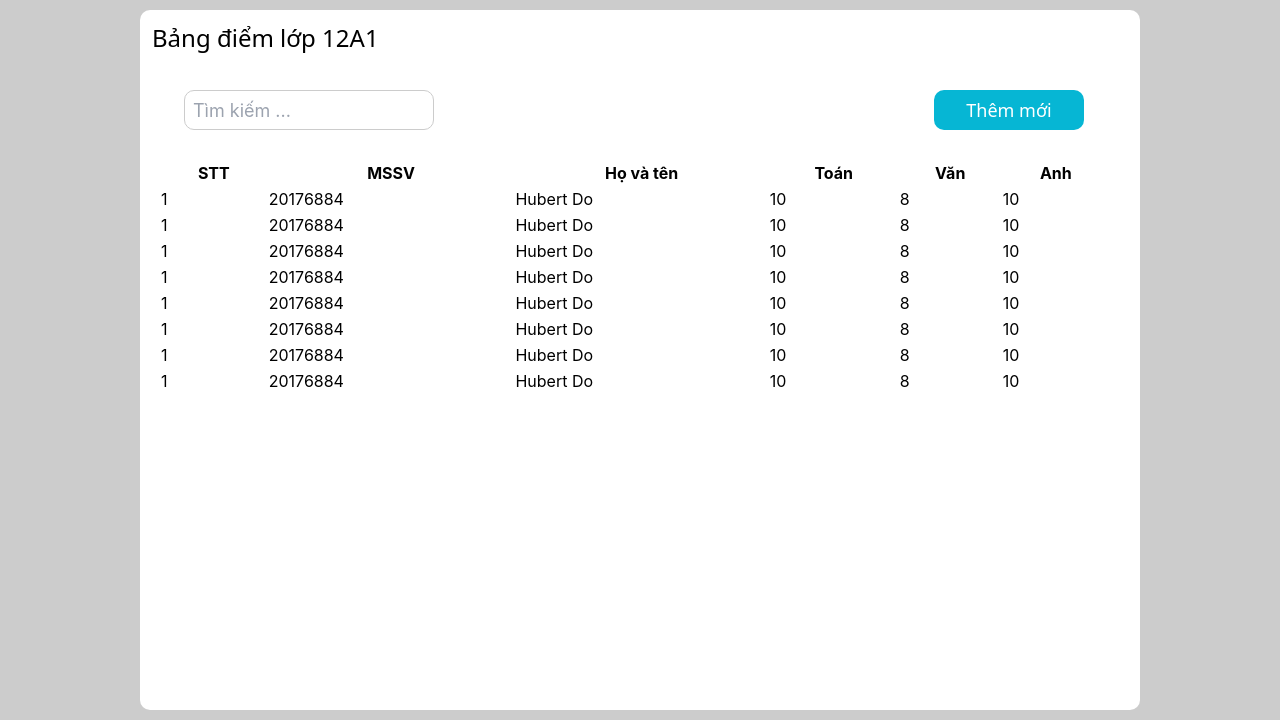
Repository: doducthuan/ReactJS-Movie
Page: /
These files come from the project's save history. The page is drawn as it stood at one moment and after the next save; the edit follows.
The browser window is 1280 px wide. The pictures show the whole page.
The project was rebuilt for these pictures with package versions that can differ from the ones it lists, and the page was loaded fresh each time. Also part of the build but not shown: src/App.css.

Above is the page before, as saved 2024-01-13 07:40:31.

### public/index.html
<!DOCTYPE html>
<html lang="en">
  <head>
    <meta charset="utf-8" />
    <link rel="icon" href="%PUBLIC_URL%/avatar_rmbg.png" />
    <meta name="viewport" content="width=device-width, initial-scale=1" />
    <meta name="theme-color" content="#000000" />
    <meta
      name="description"
      content="Web site created using create-react-app"
    />
    <link rel="apple-touch-icon" href="%PUBLIC_URL%/logo192.png" />
    <!--
      manifest.json provides metadata used when your web app is installed on a
      user's mobile device or desktop. See https://developers.google.com/web/fundamentals/web-app-manifest/
    -->
    <link rel="manifest" href="%PUBLIC_URL%/manifest.json" />
    <!--
      Notice the use of %PUBLIC_URL% in the tags above.
      It will be replaced with the URL of the `public` folder during the build.
      Only files inside the `public` folder can be referenced from the HTML.

      Unlike "/favicon.ico" or "favicon.ico", "%PUBLIC_URL%/favicon.ico" will
      work correctly both with client-side routing and a non-root public URL.
      Learn how to configure a non-root public URL by running `npm run build`.
    -->
    <title>Mèo Hen</title>
  </head>
  <body>
    <noscript>You need to enable JavaScript to run this app.</noscript>
    <div id="root"></div>
    <!--
      This HTML file is a template.
      If you open it directly in the browser, you will see an empty page.

      You can add webfonts, meta tags, or analytics to this file.
      The build step will place the bundled scripts into the <body> tag.

      To begin the development, run `npm start` or `yarn start`.
      To create a production bundle, use `npm run build` or `yarn build`.
    -->
  </body>
</html>

### src/App.js
import './App.css';
import Students from './components/students/Students';
function App() {
  return (
    <div className="App">
      <Students></Students>
    </div>
  );
}

export default App;

### src/components/students/Students.js
import React, { useMemo } from 'react';
import './styles.css';
import { useTable } from 'react-table';
import { COLUMNS } from './Columns';
const Students = () => {
    const data = [
        { stt: 1, id: 20176884, name: "Hubert Do", math: 10, literature: 8, english: 10 },
        { stt: 1, id: 20176884, name: "Hubert Do", math: 10, literature: 8, english: 10 },
        { stt: 1, id: 20176884, name: "Hubert Do", math: 10, literature: 8, english: 10 },
        { stt: 1, id: 20176884, name: "Hubert Do", math: 10, literature: 8, english: 10 },
        { stt: 1, id: 20176884, name: "Hubert Do", math: 10, literature: 8, english: 10 },
        { stt: 1, id: 20176884, name: "Hubert Do", math: 10, literature: 8, english: 10 },
        { stt: 1, id: 20176884, name: "Hubert Do", math: 10, literature: 8, english: 10 },
        { stt: 1, id: 20176884, name: "Hubert Do", math: 10, literature: 8, english: 10 },
    ];
    const columns = useMemo(() => COLUMNS, []);
    const { getTableProps, getTableBodyProps, headerGroups, rows, prepareRow } = useTable({ columns, data });
    return (
        <div className="full-view">
            <div className="border-data">
                <p className="font-sans text-2xl ml-3 mt-3">Bảng điểm lớp 12A1</p>
                <div className="table-data">
                    <div className="search-add mt-9 ml-6 mr-6 flex">
                        <input className="search-all text-lg" placeholder='Tìm kiếm ...' />
                        <button className="add-student font-sans text-lg bg-cyan-500 hover:bg-cyan-600 text-white">Thêm mới</button>
                    </div>
                    <div className="table-content">
                        <table {...getTableProps()}>
                            <thead>
                                {headerGroups.map((headerGroup) => (
                                    <tr {...headerGroup.getHeaderGroupProps()}>
                                        {headerGroup.headers.map((column) => (
                                            <th {...column.getHeaderProps()}>
                                                {column.render('Header')}
                                            </th>
                                        ))}
                                    </tr>
                                ))}
                            </thead>
                            <tbody {...getTableBodyProps()}>
                                {rows.map((row) => {
                                    prepareRow(row);
                                    return (
                                        <tr {...row.getRowProps()}>
                                            {row.cells.map((cell) => {
                                                return (
                                                    <td {...cell.getCellProps()}>
                                                        {cell.render('Cell')}
                                                    </td>
                                                );
                                            })}
                                        </tr>
                                    );
                                })}
                            </tbody>
                        </table>

                    </div>
                </div>

            </div>
        </div>
    );
};

export default Students;

### src/components/students/styles.css
.full-view{
    display: flex;
    justify-content: center;
    align-items: center;
    height: 100vh;
    background-color: #ccc;
}
.border-data{
    width: 1000px;
    height: 700px;
    background-color: #fff;
    border-radius: 10px;
}
.table-data{
    width: 95%;
    height: 600px;
    margin-left: 20px;
}
.search-add{
    gap: 500px;
    margin-bottom: 30px;
}
.search-all{
    width: 250px;
    height: 40px;
    border: 1px solid #ccc;
    border-radius: 10px;
    padding: 8px;
}
.add-student{
    width: 150px;
    height: 40px;
    border-radius: 10px;
}
table{
    width: 100%;
}

### src/components/students/Columns.js
export const COLUMNS = [
    { Header: "STT", accessor: "stt" },
    { Header: "MSSV", accessor: "id" },
    { Header: "Họ và tên", accessor: "name" },
    { Header: "Toán", accessor: "math" },
    { Header: "Văn", accessor: "literature" },
    { Header: "Anh", accessor: "english" },
];

Loaded but not shown: src/index.js (common file); src/index.css (common file); src/reportWebVitals.js (common file); tailwind.config.js (common file)

After the next save:
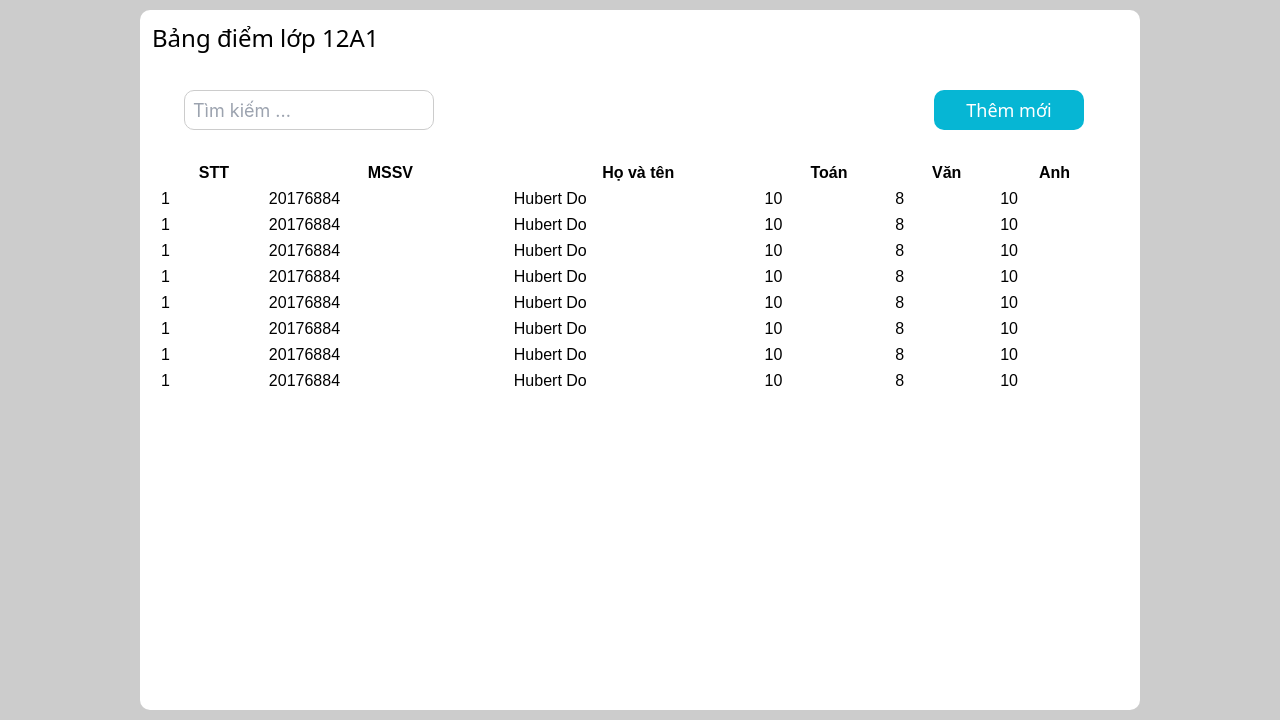
Saved 87 s later.
--- a/src/components/students/styles.css
+++ b/src/components/students/styles.css
@@ -33,5 +33,7 @@
     border-radius: 10px;
 }
 table{
+    font-family: sans-serif;
+    border-collapse: collapse;
     width: 100%;
 }
